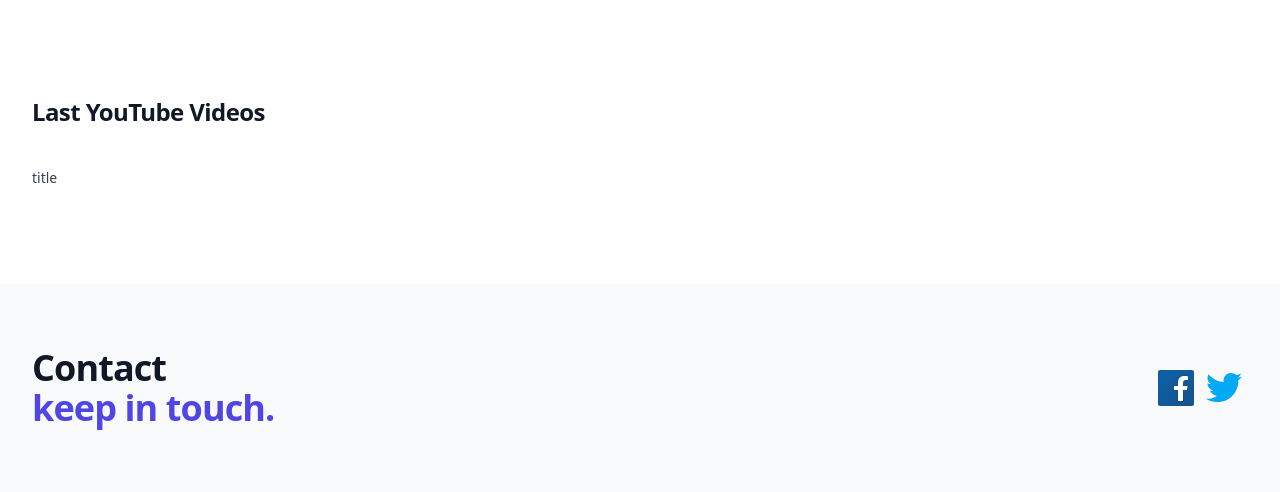
Repository: jhonenmanuel1/async-landing-jhon
Page: src/index.html
An editor plug-in stored every save of this project. The page is shown before and after the next save, followed by the edit.
The browser window is 1280 px wide. The pictures show the part of the page from y = 640 to 1132 px (the page is 1132 px tall).
Some web libraries are served in a nearby version.

Above is the page before, as saved 2022-07-27 22:34:07.

### src/index.html
<!doctype html>
<html>

<head>
  <meta charset="UTF-8">
  <meta name="viewport" content="width=device-width, initial-scale=1.0">
  <script src="https://cdn.tailwindcss.com"></script>
</head>

<body>
  <div class="relative bg-white overflow-hidden">
    <div class="max-w-7xl mx-auto">
      <div class="relative z-10 pb-8 bg-white sm:pb-16 md:pb-20 lg:max-w-2xl lg:w-full lg:pb-28 xl:pb-32">
        <svg class="hidden lg:block absolute right-0 inset-y-0 h-full w-48 text-white transform translate-x-1/2"
          fill="currentColor" viewBox="0 0 100 100" preserveAspectRatio="none" aria-hidden="true">
          <polygon points="50,0 100,0 50,100 0,100" />
        </svg>
        <div>
          <div class="relative pt-6 px-4 sm:px-6 lg:px-8">
            <nav class="relative flex items-center justify-between sm:h-10 lg:justify-start" aria-label="Global">
              <div class="flex items-center flex-grow flex-shrink-0 lg:flex-grow-0">
                <div class="flex items-center justify-between w-full md:w-auto">
                  <a href="#">
                    <span class="sr-only">Title</span>
                    <img class="h-8 w-auto sm:h-10" src="https://tailwindui.com/img/logos/workflow-mark-indigo-600.svg">
                  </a>
                </div>
              </div>
              <div class="hidden md:block md:ml-10 md:pr-4 md:space-x-8">
                <a href="#" class="font-medium text-gray-500 hover:text-gray-900">About</a>
                <a href="#" class="font-medium text-gray-500 hover:text-gray-900">Projects</a>
                <a href="#" class="font-medium text-gray-500 hover:text-gray-900">Contact</a>
              </div>
            </nav>
          </div>
        </div>

        <main class="mt-10 mx-auto max-w-7xl px-4 sm:mt-12 sm:px-6 md:mt-16 lg:mt-20 lg:px-8 xl:mt-28">
          <div class="sm:text-center lg:text-left">
            <h1 class="text-4xl tracking-tight font-extrabold text-gray-900 sm:text-5xl md:text-6xl">
              <span class="block xl:inline">Jhon Enmanuel</span>
              <span class="block text-indigo-600 xl:inline">@jhonenmsantiago</span>
            </h1>
            <p
              class="mt-3 text-base text-gray-500 sm:mt-5 sm:text-lg sm:max-w-xl sm:mx-auto md:mt-5 md:text-xl lg:mx-0">
              Me apasiona el desarrollo de software, actualmente me desempeño como desarrollador Front-End junior principalmente trabajando en React aprendiendo cada día nuevas herramientas y sin miedo a los desafíos ya que me encanta aprender.
Github: https://github.com/jhonenmanuel1
WhatsApp: +584121053226
Instagram: @jhonenmanuel1</p>
          </div>
        </main>
      </div>
    </div>
    <div class="lg:absolute lg:inset-y-0 lg:right-0 lg:w-1/2">
      <img class="h-56 w-full object-cover sm:h-72 md:h-96 lg:w-full lg:h-full"
        src="https://ui-avatars.com/api/?background=0D8ABC&color=fff" alt="">
    </div>
  </div>
  <div class="bg-white">
    <div class="max-w-2xl mx-auto py-16 px-4 sm:py-24 sm:px-6 lg:max-w-7xl lg:px-8">
      <h2 class="text-2xl font-extrabold tracking-tight text-gray-900">Last YouTube Videos</h2>
      <div class="mt-6 grid grid-cols-1 gap-y-10 gap-x-6 sm:grid-cols-2 lg:grid-cols-4 xl:gap-x-8">
        <!-- content -->
         <div class="group relative">
          <div
            class="w-full bg-gray-200 aspect-w-1 aspect-h-1 rounded-md overflow-hidden group-hover:opacity-75 lg:aspect-none">
            <img src="" alt="" class="w-full">
          </div>
          <div class="mt-4 flex justify-between">
            <h3 class="text-sm text-gray-700">
              <span aria-hidden="true" class="absolute inset-0"></span>
              title
            </h3>
          </div>
        </div>
      </div>
    </div>
  </div>
  <div class="bg-gray-50">
    <div class="max-w-7xl mx-auto py-12 px-4 sm:px-6 lg:py-16 lg:px-8 lg:flex lg:items-center lg:justify-between">
      <h2 class="text-3xl font-extrabold tracking-tight text-gray-900 sm:text-4xl">
        <span class="block">Contact</span>
        <span class="block text-indigo-600">keep in touch.</span>
      </h2>
      <div class="mt-8 flex lg:mt-0 lg:flex-shrink-0">
        <svg xmlns="http://www.w3.org/2000/svg" x="0px" y="0px" width="48" height="48" viewBox="0 0 48 48"
          style=" fill:#000000;">
          <linearGradient id="awSgIinfw5_FS5MLHI~A9a_yGcWL8copNNQ_gr1" x1="6.228" x2="42.077" y1="4.896" y2="43.432"
            gradientUnits="userSpaceOnUse">
            <stop offset="0" stop-color="#0d61a9"></stop>
            <stop offset="1" stop-color="#16528c"></stop>
          </linearGradient>
          <path fill="url(#awSgIinfw5_FS5MLHI~A9a_yGcWL8copNNQ_gr1)"
            d="M42,40c0,1.105-0.895,2-2,2H8c-1.105,0-2-0.895-2-2V8c0-1.105,0.895-2,2-2h32	c1.105,0,2,0.895,2,2V40z">
          </path>
          <path
            d="M25,38V27h-4v-6h4v-2.138c0-5.042,2.666-7.818,7.505-7.818c1.995,0,3.077,0.14,3.598,0.208	l0.858,0.111L37,12.224L37,17h-3.635C32.237,17,32,18.378,32,19.535V21h4.723l-0.928,6H32v11H25z"
            opacity=".05"></path>
          <path
            d="M25.5,37.5v-11h-4v-5h4v-2.638c0-4.788,2.422-7.318,7.005-7.318c1.971,0,3.03,0.138,3.54,0.204	l0.436,0.057l0.02,0.442V16.5h-3.135c-1.623,0-1.865,1.901-1.865,3.035V21.5h4.64l-0.773,5H31.5v11H25.5z"
            opacity=".07"></path>
          <path fill="#fff"
            d="M33.365,16H36v-3.754c-0.492-0.064-1.531-0.203-3.495-0.203c-4.101,0-6.505,2.08-6.505,6.819V22h-4v4	h4v11h5V26h3.938l0.618-4H31v-2.465C31,17.661,31.612,16,33.365,16z">
          </path>
        </svg>
        <a href="https://twitter.com/jhonenmsantiago">
            <svg xmlns="http://www.w3.org/2000/svg" x="0px" y="0px" width="48" height="48" viewBox="0 0 48 48"
          style=" fill:#000000;">
          <path fill="#03A9F4"
            d="M42,12.429c-1.323,0.586-2.746,0.977-4.247,1.162c1.526-0.906,2.7-2.351,3.251-4.058c-1.428,0.837-3.01,1.452-4.693,1.776C34.967,9.884,33.05,9,30.926,9c-4.08,0-7.387,3.278-7.387,7.32c0,0.572,0.067,1.129,0.193,1.67c-6.138-0.308-11.582-3.226-15.224-7.654c-0.64,1.082-1,2.349-1,3.686c0,2.541,1.301,4.778,3.285,6.096c-1.211-0.037-2.351-0.374-3.349-0.914c0,0.022,0,0.055,0,0.086c0,3.551,2.547,6.508,5.923,7.181c-0.617,0.169-1.269,0.263-1.941,0.263c-0.477,0-0.942-0.054-1.392-0.135c0.94,2.902,3.667,5.023,6.898,5.086c-2.528,1.96-5.712,3.134-9.174,3.134c-0.598,0-1.183-0.034-1.761-0.104C9.268,36.786,13.152,38,17.321,38c13.585,0,21.017-11.156,21.017-20.834c0-0.317-0.01-0.633-0.025-0.945C39.763,15.197,41.013,13.905,42,12.429">
          </path>
        </svg>

        </a>

      </div>
    </div>
  </div>
</body>

</html>

After the next save:
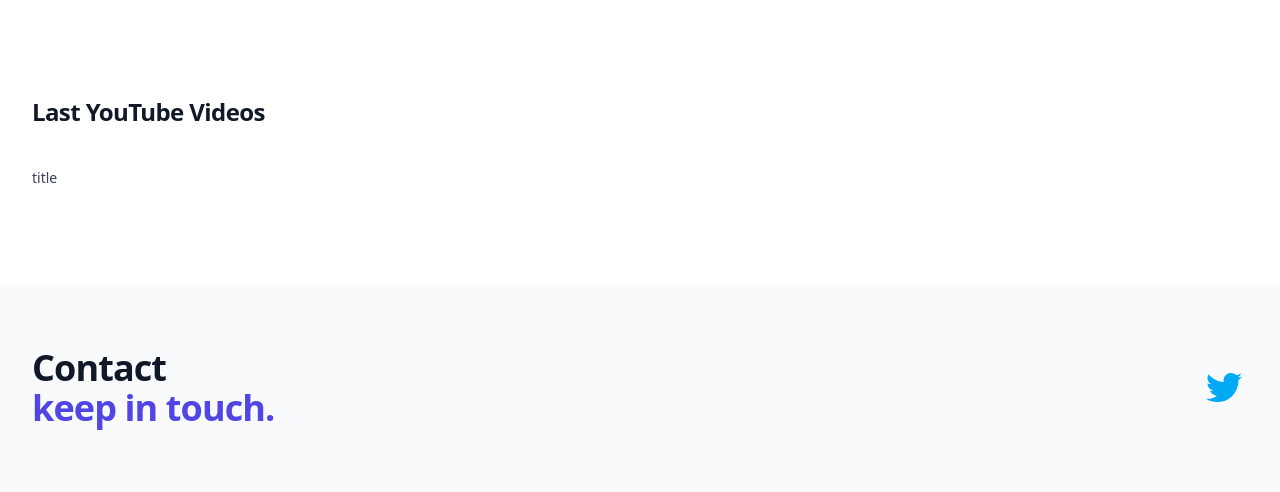
Saved 20 s later.
--- a/src/index.html
+++ b/src/index.html
@@ -83,26 +83,7 @@ Instagram: @jhonenmanuel1</p>
         <span class="block text-indigo-600">keep in touch.</span>
       </h2>
       <div class="mt-8 flex lg:mt-0 lg:flex-shrink-0">
-        <svg xmlns="http://www.w3.org/2000/svg" x="0px" y="0px" width="48" height="48" viewBox="0 0 48 48"
-          style=" fill:#000000;">
-          <linearGradient id="awSgIinfw5_FS5MLHI~A9a_yGcWL8copNNQ_gr1" x1="6.228" x2="42.077" y1="4.896" y2="43.432"
-            gradientUnits="userSpaceOnUse">
-            <stop offset="0" stop-color="#0d61a9"></stop>
-            <stop offset="1" stop-color="#16528c"></stop>
-          </linearGradient>
-          <path fill="url(#awSgIinfw5_FS5MLHI~A9a_yGcWL8copNNQ_gr1)"
-            d="M42,40c0,1.105-0.895,2-2,2H8c-1.105,0-2-0.895-2-2V8c0-1.105,0.895-2,2-2h32	c1.105,0,2,0.895,2,2V40z">
-          </path>
-          <path
-            d="M25,38V27h-4v-6h4v-2.138c0-5.042,2.666-7.818,7.505-7.818c1.995,0,3.077,0.14,3.598,0.208	l0.858,0.111L37,12.224L37,17h-3.635C32.237,17,32,18.378,32,19.535V21h4.723l-0.928,6H32v11H25z"
-            opacity=".05"></path>
-          <path
-            d="M25.5,37.5v-11h-4v-5h4v-2.638c0-4.788,2.422-7.318,7.005-7.318c1.971,0,3.03,0.138,3.54,0.204	l0.436,0.057l0.02,0.442V16.5h-3.135c-1.623,0-1.865,1.901-1.865,3.035V21.5h4.64l-0.773,5H31.5v11H25.5z"
-            opacity=".07"></path>
-          <path fill="#fff"
-            d="M33.365,16H36v-3.754c-0.492-0.064-1.531-0.203-3.495-0.203c-4.101,0-6.505,2.08-6.505,6.819V22h-4v4	h4v11h5V26h3.938l0.618-4H31v-2.465C31,17.661,31.612,16,33.365,16z">
-          </path>
-        </svg>
+
         <a href="https://twitter.com/jhonenmsantiago">
             <svg xmlns="http://www.w3.org/2000/svg" x="0px" y="0px" width="48" height="48" viewBox="0 0 48 48"
           style=" fill:#000000;">
